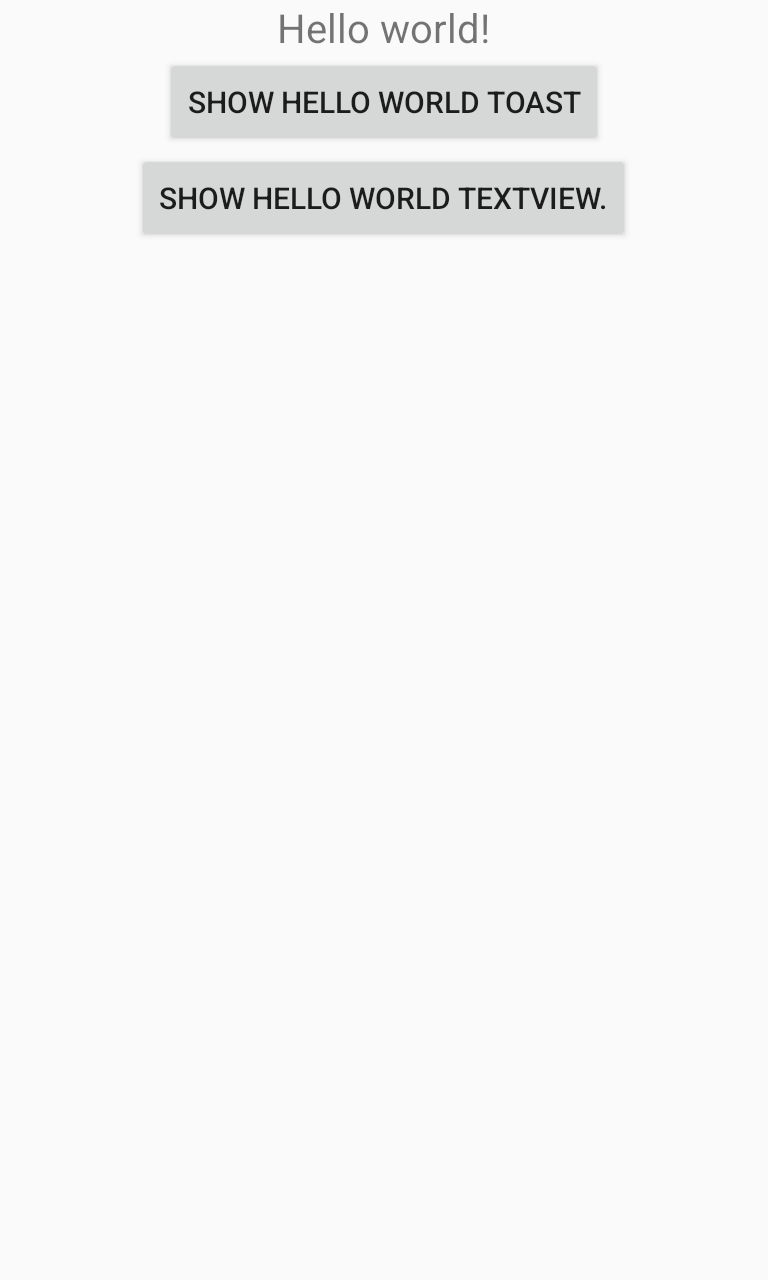
Repository: JoanneCaroll/EventHandling
Layout: EventHandling/res/layout/activity_main.xml
These files come from the project's save history. The layout is drawn as it stood at one moment and after the next save; the edit follows.
It is drawn on a 768 x 1280 px phone screen (xhdpi) without system bars, with theme AppTheme; the app's code is not run.

Above is the layout before, as saved 2014-10-28 07:05:18.

### EventHandling/res/layout/activity_main.xml
<LinearLayout xmlns:android="http://schemas.android.com/apk/res/android"
    xmlns:tools="http://schemas.android.com/tools"
    android:layout_width="match_parent"
    android:layout_height="match_parent"
    android:orientation="vertical"
    android:layout_gravity="center">


        <TextView
            android:layout_gravity="center"
            android:id="@+id/hello_world"
            android:layout_width="wrap_content"
            android:layout_height="wrap_content"
            android:text="@string/hello_world"
            android:textSize="20dp" />

       <Button
           	android:layout_gravity="center"
	        android:id="@+id/showToast"
	        android:layout_width="wrap_content"
	        android:layout_height="wrap_content"
	        android:text="@string/showToast"
	        android:textSize="15dp"/>

       <Button
           android:layout_gravity="center"
           android:id="@+id/showText"
           android:layout_width="wrap_content"
           android:layout_height="wrap_content"
           android:text="@string/show"
           android:textSize="15dp" />

</LinearLayout>

### EventHandling/res/values/strings.xml
<?xml version="1.0" encoding="utf-8"?>
<resources>

    <string name="app_name">EventHandling</string>
    <string name="hello_world">Hello world!</string>
    <string name="show">Show Hello World TextView.</string>
	<string name="showToast">Show Hello World Toast</string>
	<string name="action_settings">Menu</string>
</resources>

Loaded but not shown: EventHandling/res/values/styles.xml (common file); EventHandling/res/values-v11/styles.xml (common file); EventHandling/res/values-v14/styles.xml (common file)

After the next save:
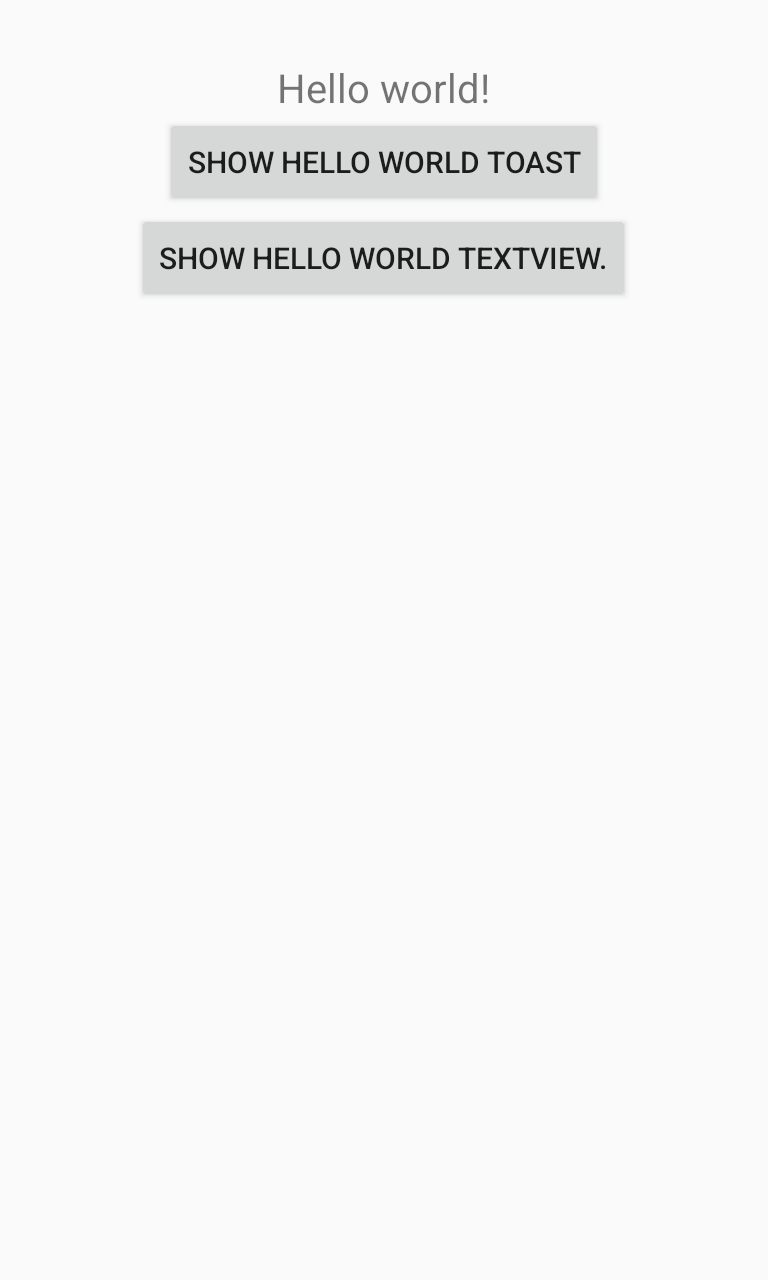
Saved 12 s later.
--- a/EventHandling/res/layout/activity_main.xml
+++ b/EventHandling/res/layout/activity_main.xml
@@ -3,7 +3,8 @@
     android:layout_width="match_parent"
     android:layout_height="match_parent"
     android:orientation="vertical"
-    android:layout_gravity="center">
+    android:layout_gravity="center"
+    android:padding="30dp">
 
 
         <TextView
